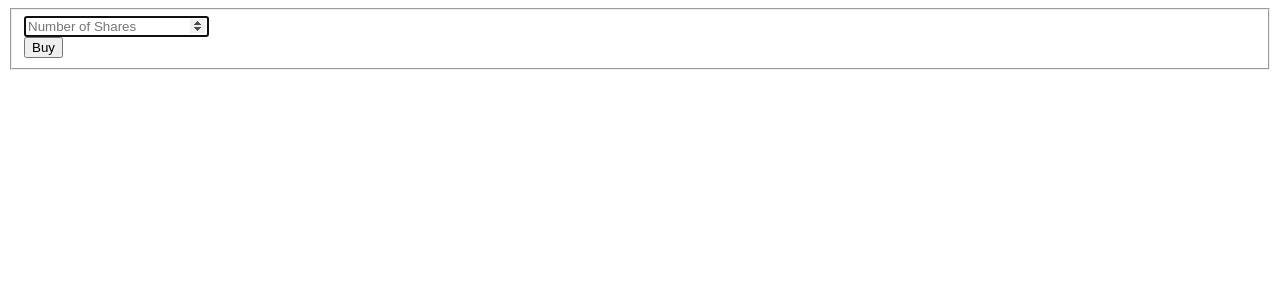
Repository: trufflesprouts/CS50-Workspace
Page: http://localhost/pset7/views/buy_form.php
The author's editor kept a record of every edit. The page is drawn from the files as they stood at one moment, then again after the next edit.
The browser window is 1280 px wide. The pictures show the whole page.
The page is run by PHP 8.4 with error messages shown; the project is at /var/www/html/.

Above is the page before.

After the next edit:
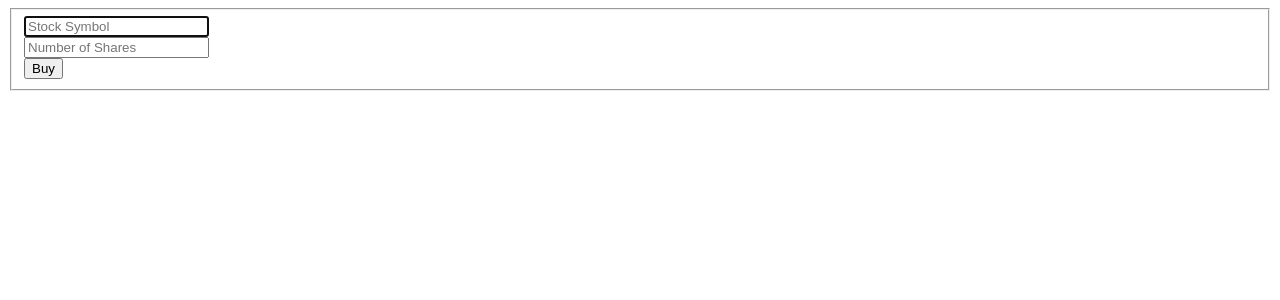
The edit:
--- a/pset7/views/buy_form.php
+++ b/pset7/views/buy_form.php
@@ -1,5 +1,8 @@
 <form action="buy.php" method="post">
     <fieldset>
+        <div class="form-group">
+            <input required class="form-control" autofocus class="form-control" name="symbol" placeholder="Stock Symbol" type="txt"/>
+        </div>
         <div class="form-group">
             <input required class="form-control" autofocus class="form-control" name="shares" placeholder="Number of Shares" type="number" min="0" step="1"/>
         </div>
